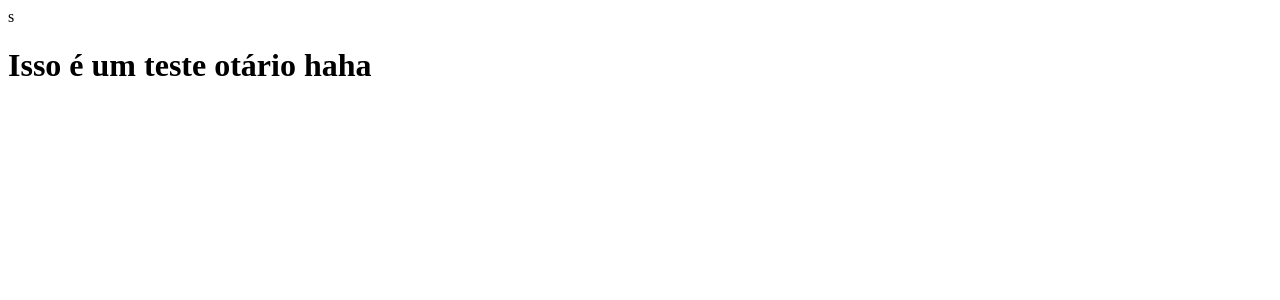
Repository: Leonngc/html-css
Page: ex024/pag001.html
These files come from the project's save history. The page is drawn as it stood at one moment and after a run of saves; the edit follows.
The browser window is 1280 px wide. The pictures show the whole page.

Above is the page before, as saved 2022-11-15 18:20:28.

### ex024/pag001.html
<!DOCTYPE html>
<html lang="pt-br">
<head>
    <meta charset="UTF-8">
    <meta http-equiv="X-UA-Compatible" content="IE=edge">
    <meta name="viewport" content="width=device-width, initial-scale=1.0">
    <title>Site de teste</title>
    s
</head>
<body>
    <h1>Isso é um teste otário haha</h1>
</body>
</html>

After the next 3 saves:
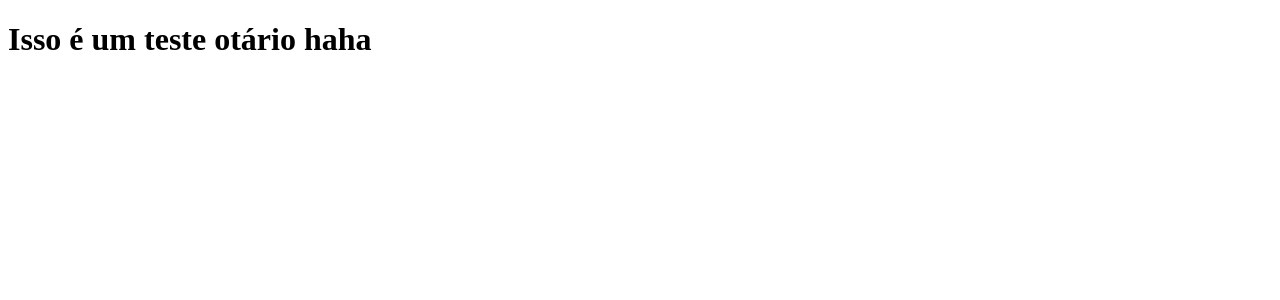
The 3 saves are shown as one change because they came seconds apart.
The last was saved 9 s later.
--- a/ex024/pag001.html
+++ b/ex024/pag001.html
@@ -5,7 +5,11 @@
     <meta http-equiv="X-UA-Compatible" content="IE=edge">
     <meta name="viewport" content="width=device-width, initial-scale=1.0">
     <title>Site de teste</title>
-    s
+    <style>
+        body{
+            c
+        }
+    </style>
 </head>
 <body>
     <h1>Isso é um teste otário haha</h1>
